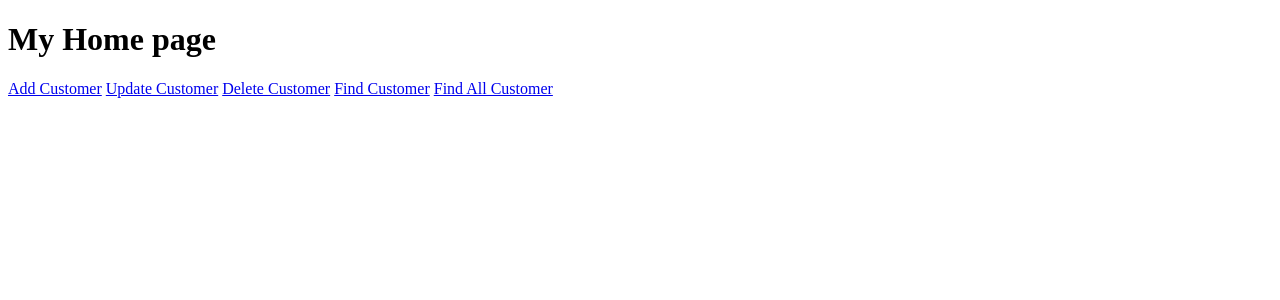
Repository: dan-10/Deloitte
Page: DeloitteTrainig/SpringMVCDemo/WebContent/Index.html
The author's editor kept a copy of each file at every save. The page is drawn from the files as they stood at one save, then again after the next save.
The browser window is 1280 px wide. The pictures show the whole page.

Above is the page before, as saved 2019-08-01 09:41:08.

### DeloitteTrainig/SpringMVCDemo/WebContent/Index.html
<!DOCTYPE html>
<html>
<head>
<meta charset="ISO-8859-1">
<title>Insert title here</title>
</head>
<body>
<h1>My Home page</h1>
<a href = "Add.do">Add Customer</a>
<a href = "Update.do">Update Customer</a>
<a href = "Delete.do">Delete Customer</a>
<a href = "Find.do">Find Customer</a>
<a href = "FindAll.do">Find All Customer</a>
</body>
</html>

After the next save:
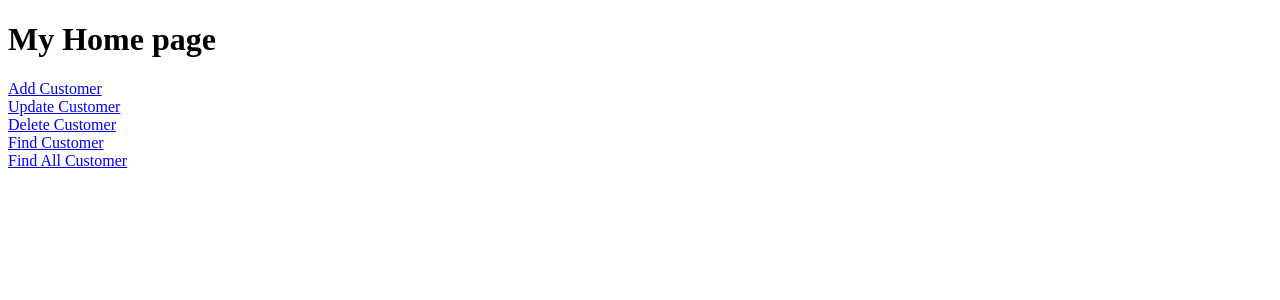
Saved 55 s later.
--- a/DeloitteTrainig/SpringMVCDemo/WebContent/Index.html
+++ b/DeloitteTrainig/SpringMVCDemo/WebContent/Index.html
@@ -6,10 +6,10 @@
 </head>
 <body>
 <h1>My Home page</h1>
-<a href = "Add.do">Add Customer</a>
-<a href = "Update.do">Update Customer</a>
-<a href = "Delete.do">Delete Customer</a>
-<a href = "Find.do">Find Customer</a>
+<a href = "Add.do">Add Customer</a><br>
+<a href = "Update.do">Update Customer</a><br>
+<a href = "Delete.do">Delete Customer</a><br>
+<a href = "Find.do">Find Customer</a><br>
 <a href = "FindAll.do">Find All Customer</a>
 </body>
 </html>
